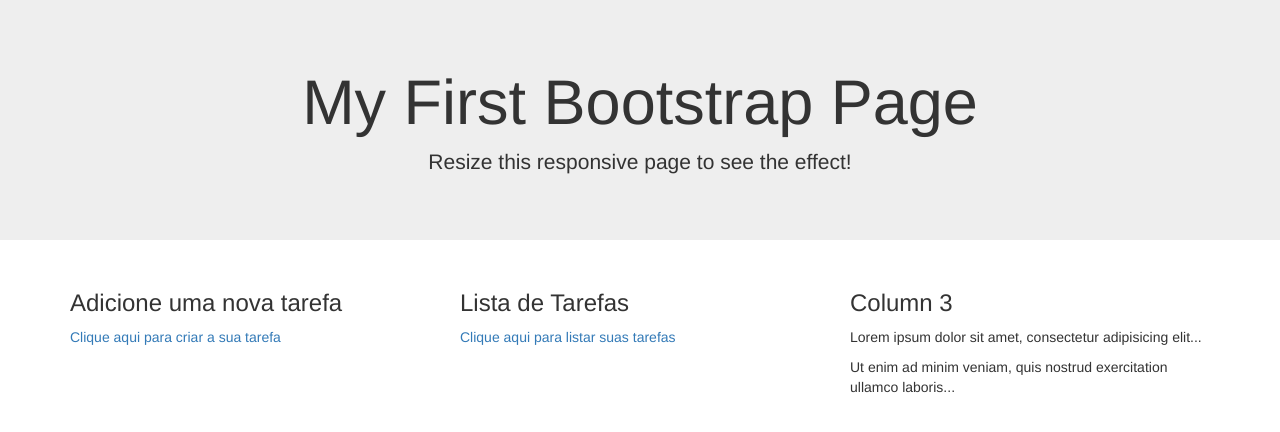
Repository: engcarlosrosa/ChatInsper
Page: http://localhost/handout15/
These files come from the project's save history. The page is drawn as it stood at one moment and after the next save; the edit follows.
The browser window is 1280 px wide. The pictures show the whole page.
The page is served by Tomcat 9. Other server files are loaded and not shown.

Above is the page before, as saved 2016-10-25 21:12:38.

### handout15/WebContent/WEB-INF/views/info.jsp
<%@ page language="java" contentType="text/html; charset=UTF-8" pageEncoding="UTF-8"%>
<!DOCTYPE html>
<html lang="en">
<head>
  <title>Bootstrap Example</title>
  <meta charset="utf-8">
  <meta name="viewport" content="width=device-width, initial-scale=1">
  <link rel="stylesheet" href="https://maxcdn.bootstrapcdn.com/bootstrap/3.3.7/css/bootstrap.min.css">
  <script src="https://ajax.googleapis.com/ajax/libs/jquery/1.12.4/jquery.min.js"></script>
  <script src="https://maxcdn.bootstrapcdn.com/bootstrap/3.3.7/js/bootstrap.min.js"></script>
</head>
<body>

<div class="jumbotron text-center">
  <h1>My First Bootstrap Page</h1>
  <p>Resize this responsive page to see the effect!</p>
</div>

<div class="container">
  <div class="row">
    <div class="col-sm-4">
      <h3>Adicione uma nova tarefa</h3>
      <a href="criaTarefa">Clique aqui para criar a sua tarefa</a>
    </div>
    <div class="col-sm-4">
      <h3>Lista de Tarefas</h3>
      <a href="listaTarefas">Clique aqui para listar suas tarefas</a>
    </div>
    <div class="col-sm-4">
      <h3>Column 3</h3>
      <p>Lorem ipsum dolor sit amet, consectetur adipisicing elit...</p>
      <p>Ut enim ad minim veniam, quis nostrud exercitation ullamco laboris...</p>
    </div>
  </div>
</div>

</body>
</html>

After the next save:
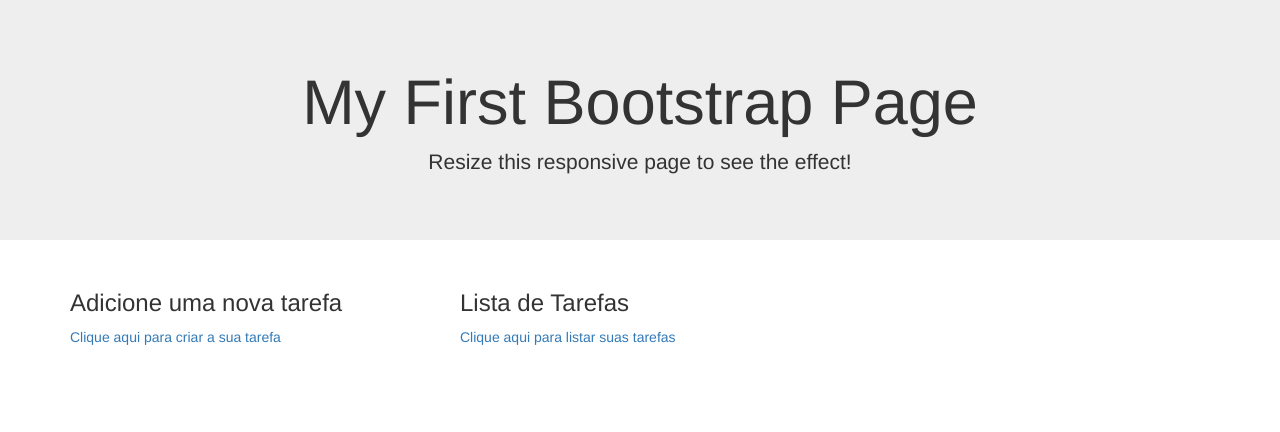
Saved 50 s later.
--- a/handout15/WebContent/WEB-INF/views/info.jsp
+++ b/handout15/WebContent/WEB-INF/views/info.jsp
@@ -26,11 +26,6 @@
       <h3>Lista de Tarefas</h3>
       <a href="listaTarefas">Clique aqui para listar suas tarefas</a>
     </div>
-    <div class="col-sm-4">
-      <h3>Column 3</h3>
-      <p>Lorem ipsum dolor sit amet, consectetur adipisicing elit...</p>
-      <p>Ut enim ad minim veniam, quis nostrud exercitation ullamco laboris...</p>
-    </div>
   </div>
 </div>
 
